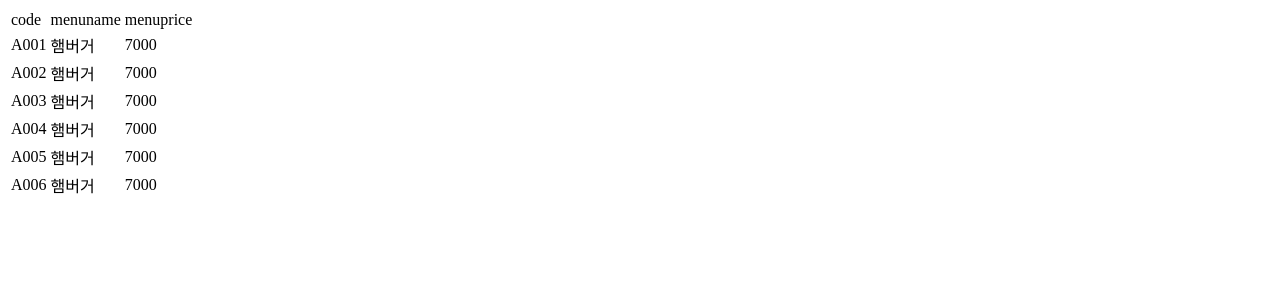
Repository: mvcfvsgdj/javaee
Page: http://localhost/prj0905/menuList
The author's editor kept a copy of each file at every save. The page is drawn from the files as they stood at one save, then again after the next save.
The browser window is 1280 px wide. The pictures show the whole page.
The page is served by Tomcat 9.

Above is the page before, as saved 2023-09-05 07:08:07.

After the next save:
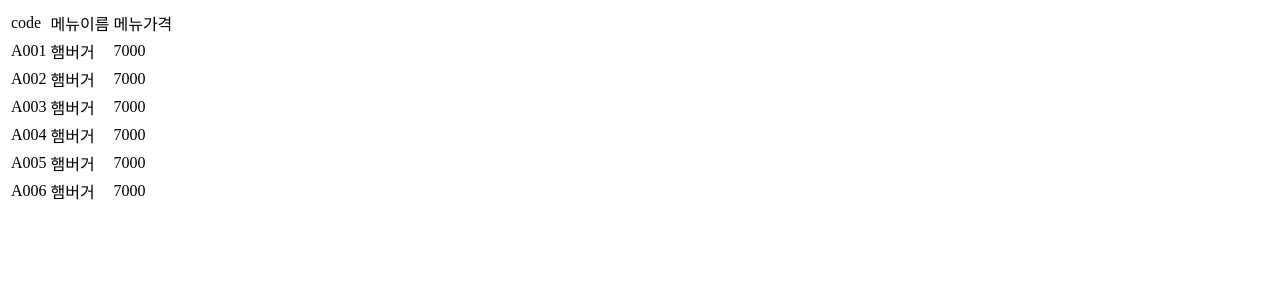
Saved 14 s later.
--- a/prj0905/src/main/webapp/WEB-INF/views/menuList.jsp
+++ b/prj0905/src/main/webapp/WEB-INF/views/menuList.jsp
@@ -15,8 +15,8 @@
 <table>
 <tr>
 <td>code</td>
-<td>menuname</td>
-<td>menuprice</td>
+<td>메뉴이름</td>
+<td>메뉴가격</td>
 <td></td>
 </tr>
 
